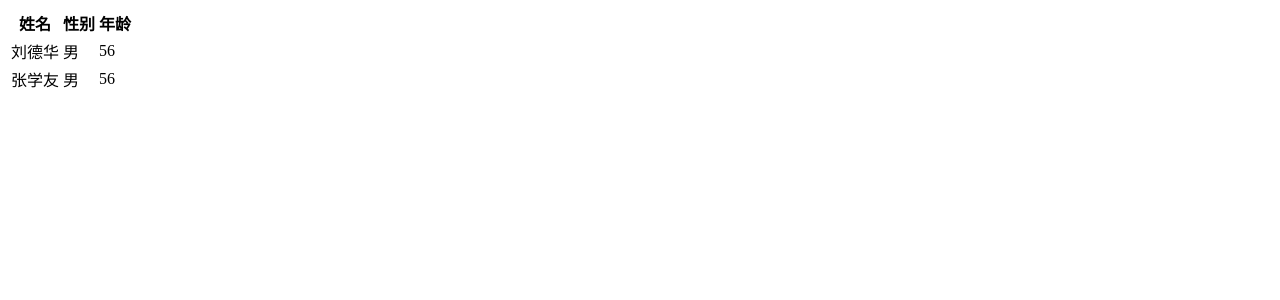
Repository: 129021/Front-end-learning
Page: 第2天/02-表头单元格标签.html
An editor plug-in stored every save of this project. The page is shown before and after a run of saves, followed by the edit.
The browser window is 1280 px wide. The pictures show the whole page.

Above is the page before, as saved 2021-10-15 19:18:32.

### 第2天/02-表头单元格标签.html
<!DOCTYPE html>
<html lang="en">

<head>
    <meta charset="UTF-8">
    <meta http-equiv="X-UA-Compatible" content="IE=edge">
    <meta name="viewport" content="width=device-width, initial-scale=1.0">
    <title>Document</title>
</head>

<body>
    <table>
        <tr>
            <th>姓名</th>
            <th>性别</th>
            <th>年龄</th>
        </tr>
        <tr>
            <td>刘德华</td>
            <td>男</td>
            <td>56</td>
        </tr>
        <tr>
            <td>张学友</td>
            <td>男</td>
            <td>56</td>
        </tr>


    </table>
</body>

</html>

After the next 2 saves:
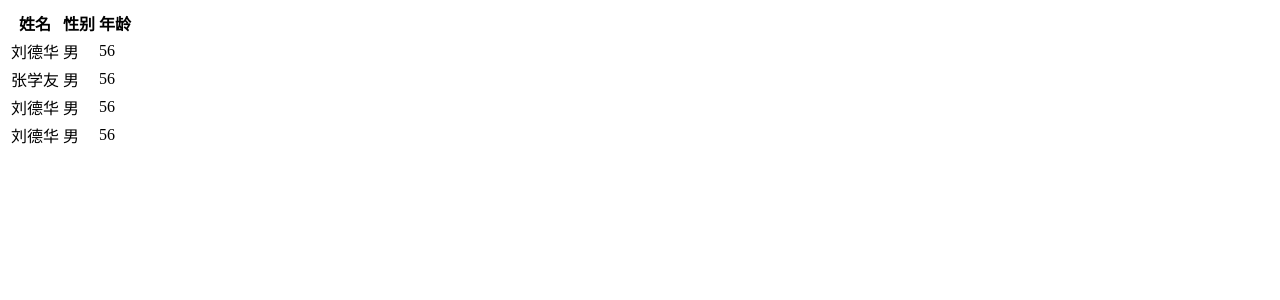
The 2 saves are shown as one change because they came seconds apart.
The last was saved 8 s later.
--- a/第2天/02-表头单元格标签.html
+++ b/第2天/02-表头单元格标签.html
@@ -25,6 +25,16 @@
             <td>男</td>
             <td>56</td>
         </tr>
+        <tr>
+            <td>刘德华</td>
+            <td>男</td>
+            <td>56</td>
+        </tr>
+        <tr>
+            <td>刘德华</td>
+            <td>男</td>
+            <td>56</td>
+        </tr>
 
 
     </table>
